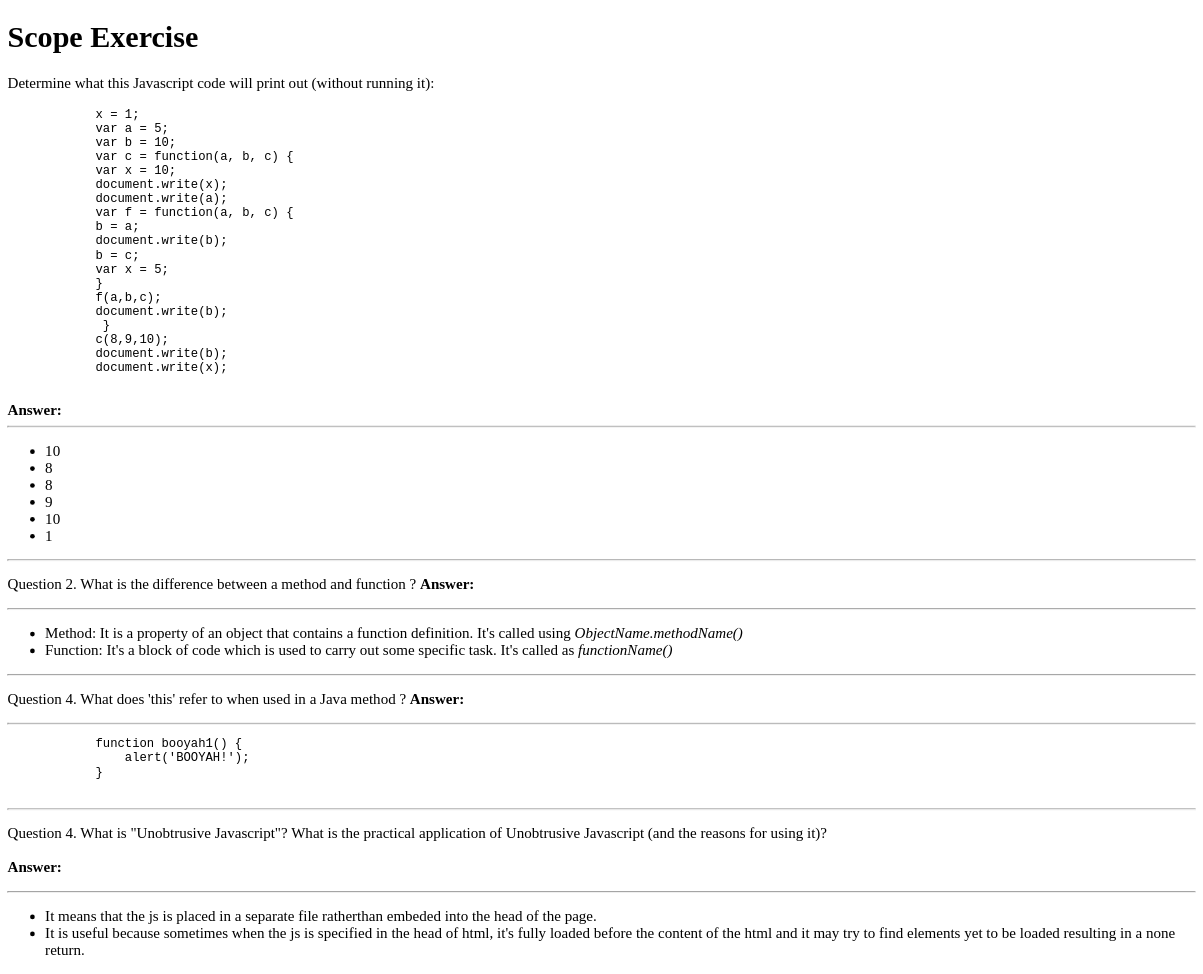
Repository: bethelbahiru/WAP
Page: Homework3/scope.html
The author's editor kept a copy of each file at every save. The page is drawn from the files as they stood at one save, then again after a run of saves.
The browser window is 1280 px wide. The pictures show the whole page, at 94% of full size.

Above is the page before, as saved 2022-01-18 15:58:38.

### Homework3/scope.html
<!DOCTYPE html>
<html lang="en">
<head>
    <meta charset="UTF-8">
    <meta http-equiv="X-UA-Compatible" content="IE=edge">
    <meta name="viewport" content="width=device-width, initial-scale=1.0">
    <title>Scope Exercise</title>
</head>
<body>
    <h1><strong>Scope Exercise</strong></h1>
    <p> Determine what this Javascript code will print out (without running it):
        <pre>
            x = 1;
            var a = 5;
            var b = 10;
            var c = function(a, b, c) {
            var x = 10;
            document.write(x);
            document.write(a);
            var f = function(a, b, c) {
            b = a;
            document.write(b);
            b = c;
            var x = 5;
            }
            f(a,b,c);
            document.write(b);
             }
            c(8,9,10);
            document.write(b);
            document.write(x);
        </pre>

        <strong>Answer:</strong>
        <hr>
        <ul>
            <li>10</li>
            <li>8</li>
            <li>8</li>
            <li>9</li>
            <li>10</li>
            <li>1</li>
        </ul>
    </p>
    <hr>
    <p>Question 2.  What is the difference between a method and function ?

        <strong>Answer:</strong>
        <hr>
        <ul>
            <li>Method: It is a property of an object that contains a function definition. It's called using <em>ObjectName.methodName()</em></li>
            <li>Function: It's a block of code which is used to carry out some specific task. It's called as <em>functionName()</em></li>
        </ul>
    </p>
    <hr>
    <p>Question 4. What does 'this' refer to when used in a Java method ?
        <strong>Answer:</strong>
        <hr>
        <pre>
            function booyah1() {
                alert('BOOYAH!');
            }
        </pre>
    </p>
    <hr>
    <p>Question 4. What is "Unobtrusive Javascript"? What is the practical application of Unobtrusive Javascript (and the reasons
        for using it)?
        <br/>
        <br/>
        <strong>Answer:</strong>
        <hr>
        <ul>
            <li>It means that the js is placed in a separate file ratherthan embeded into the head of the page.</li>
            <li>It is useful because sometimes when the js is specified in the head of html, it's fully loaded before the content of the html and it may try to find elements yet to be loaded resulting in a none return.</li>
        </ul>
    </p>

</body>
</html>

After the next 3 saves:
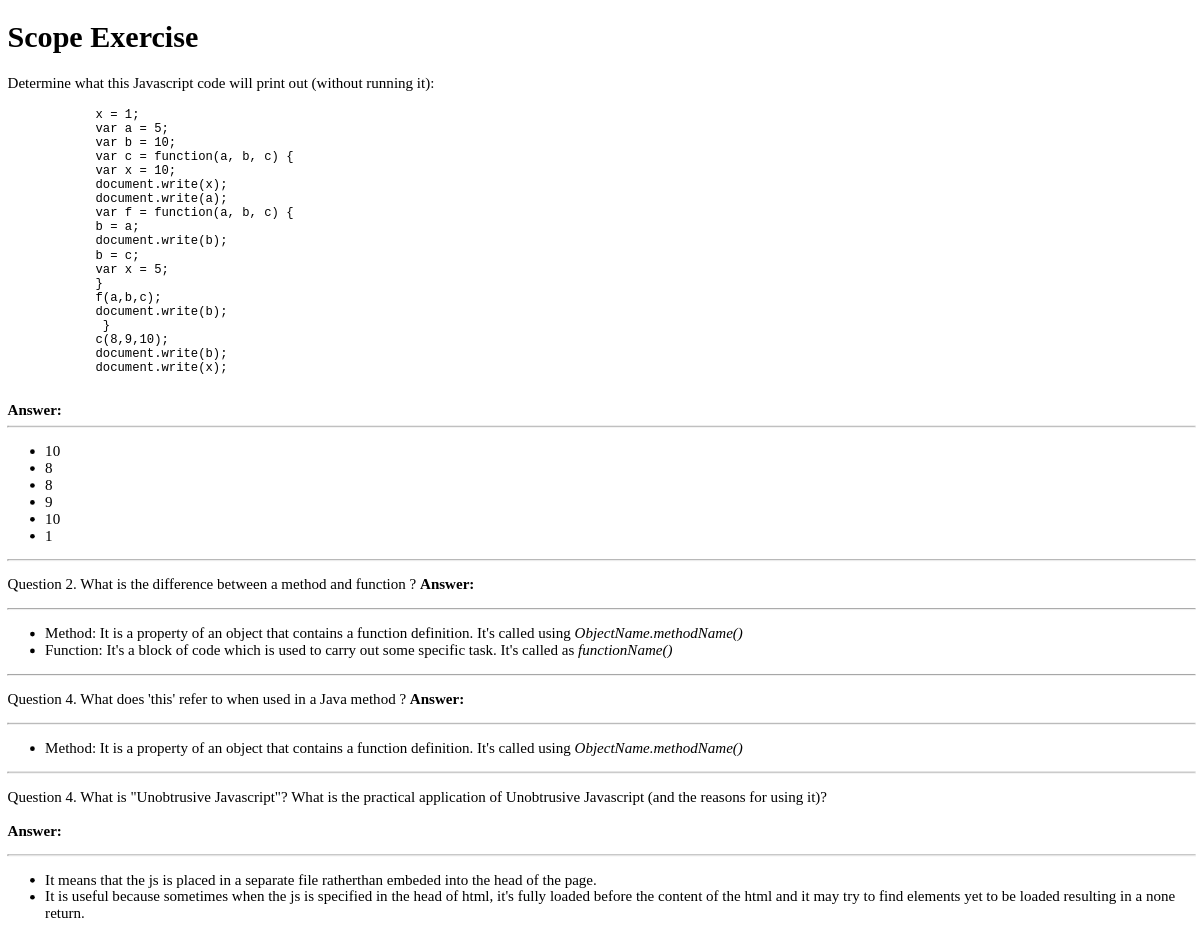
The 3 saves are shown as one change because they came seconds apart.
The last was saved 14 s later.
--- a/Homework3/scope.html
+++ b/Homework3/scope.html
@@ -56,11 +56,9 @@
     <p>Question 4. What does 'this' refer to when used in a Java method ?
         <strong>Answer:</strong>
         <hr>
-        <pre>
-            function booyah1() {
-                alert('BOOYAH!');
-            }
-        </pre>
+        <ul>
+            <li>Method: It is a property of an object that contains a function definition. It's called using <em>ObjectName.methodName()</em></li>
+        </ul>
     </p>
     <hr>
     <p>Question 4. What is "Unobtrusive Javascript"? What is the practical application of Unobtrusive Javascript (and the reasons
